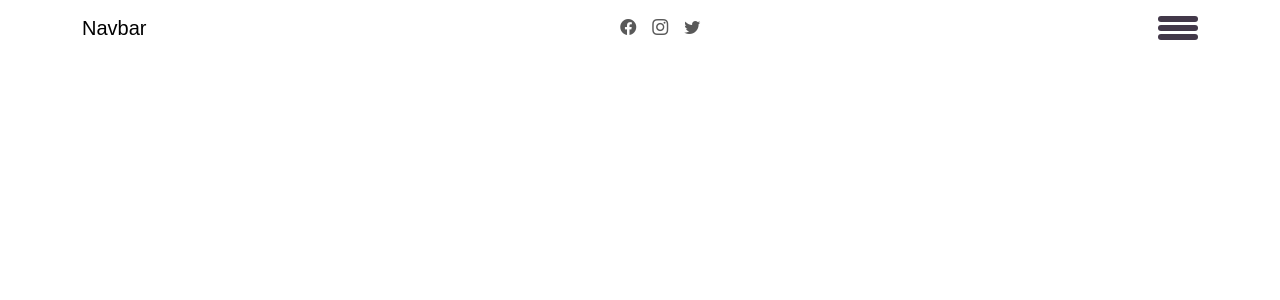
Repository: tagnam/project27012025
Page: index.html
The author's editor kept a copy of each file at every save. The page is drawn from the files as they stood at one save, then again after the next save.
The browser window is 1280 px wide. The pictures show the whole page.

Above is the page before, as saved 2025-01-27 13:46:41.

After the next save:
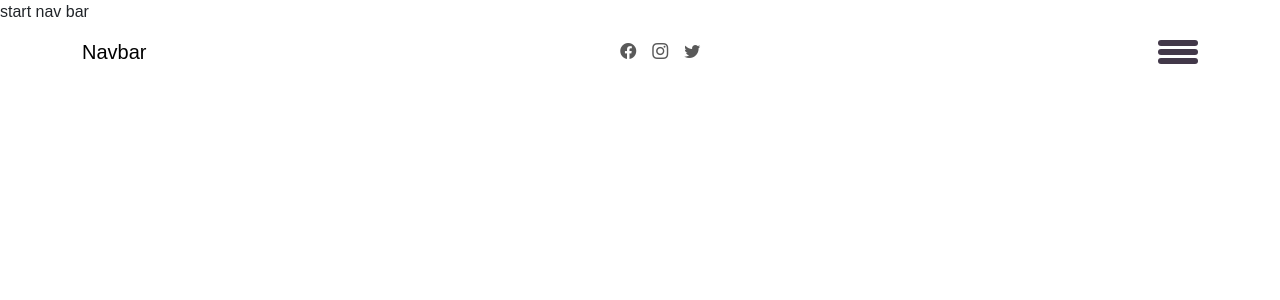
Saved 4 s later.
--- a/index.html
+++ b/index.html
@@ -11,7 +11,7 @@
 </head>
 <body>
 <header>
-
+    start nav bar
     <nav class="navbar navbar-expand-lg ">
         <div class="container">
 

After the save that followed:
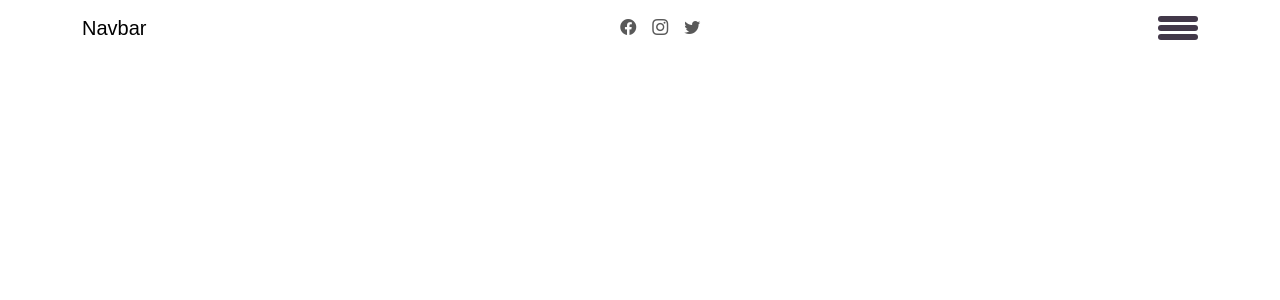
Saved 8 s later.
--- a/index.html
+++ b/index.html
@@ -11,7 +11,7 @@
 </head>
 <body>
 <header>
-    start nav bar
+    <!-- start nav bar -->
     <nav class="navbar navbar-expand-lg ">
         <div class="container">
 
